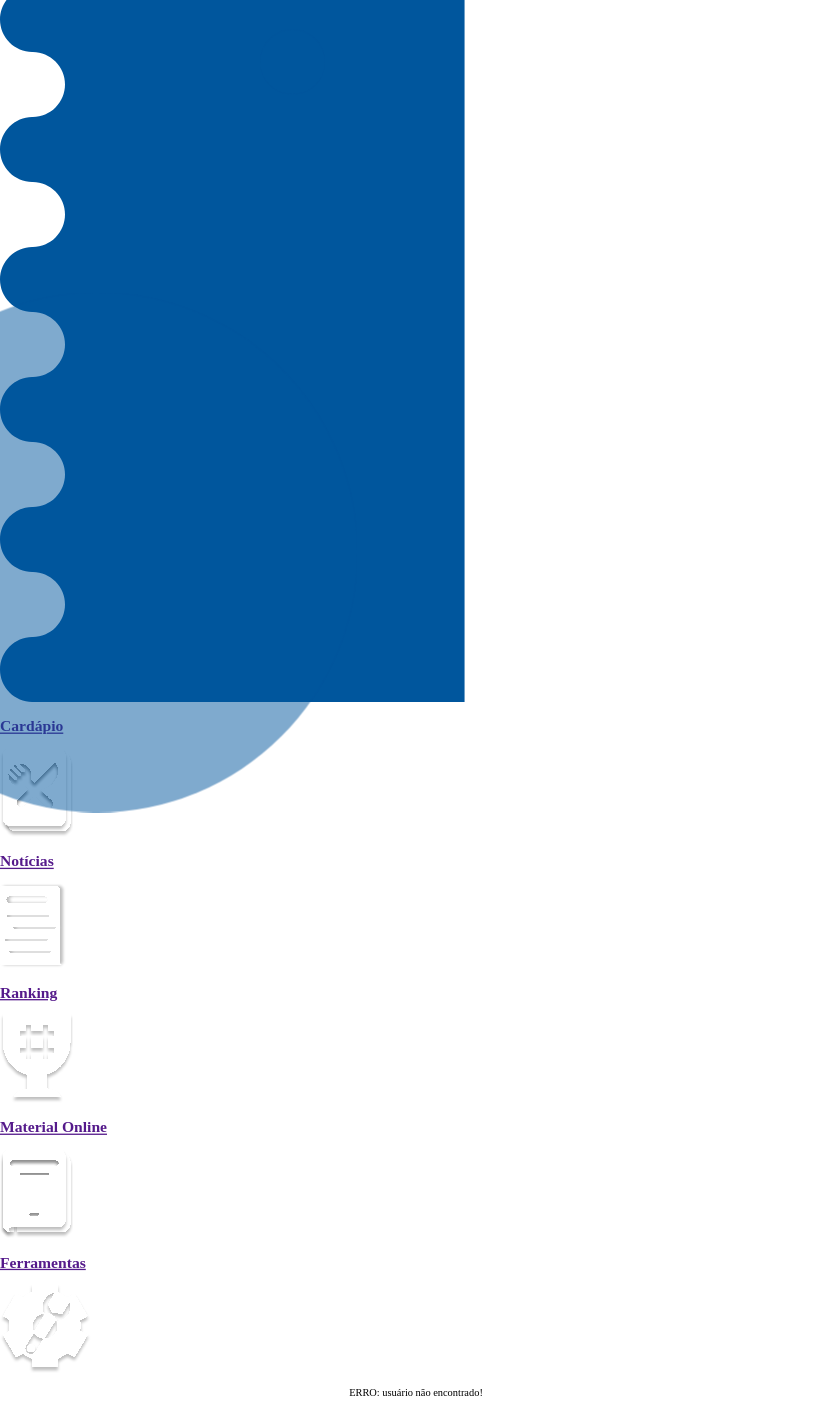
Repository: ArtMainardi/projeto-ctw-front
Page: usuario/usuario.html
The author's editor kept a copy of each file at every save. The page is drawn from the files as they stood at one save, then again after the next save.
The browser window is 1280 px wide. The pictures show the whole page, at 65% of full size.
The page's requests for data from a server got no answer.

Above is the page before, as saved 2026-06-15 19:18:34.

### usuario/usuario.html
<!DOCTYPE html>
<html lang="pt-br">
<head>
    <meta charset="UTF-8">
    <meta name="viewport" content="width=device-width, initial-scale=1.0">
    <title>Projeto CTW+</title>
    <link rel="stylesheet" href="/index.css">
    <link rel="stylesheet" href="/style.css">
    <link rel="stylesheet" href="usuario.css">
    <link rel="stylesheet" href="/">
</head>
<body>

    <div class="bolas">
        <div class="bola" id="bola1"></div>
        <div class="bola" id="bola2"></div>
        <div class="bola" id="bola3"></div>
        <div class="bola" id="bola4"></div>
    </div>

     <div class="container-menu-lateral">
        <img src="..\images\menu-lateral.svg" alt="Menu lateral estilo barra" id="menu-lateral">
        <a href="javascript:intercalarMenu()">
            <img src="..\images\mais-icon.svg" alt="mais icone" id="icone-mais">
        </a>
        <nav>
            <a href="">
                <h1 class="menu-text" id="text-cardapio">Cardápio</h1>
                <img class="menu-item" id="icone-cardapio" src="..\images\cardapio-icon.svg" alt="icone cardápio">
            </a>
            <a href="">
                <h1 class="menu-text" id="text-noticias">Notícias</h1>
                <img class="menu-item" id="icone-noticias" src="..\images\noticias-icon.svg" alt="icone cardápio">
            </a>
            <a href="">
                <h1 class="menu-text" id="text-rank">Ranking</h1>
                <img class="menu-item" id="icone-rank" src="..\images\ranking-icon.svg" alt="icone cardápio">
            </a>
            <a href="">
                <h1 class="menu-text" id="text-materia">Material Online</h1>
                <img class="menu-item" id="icone-materia" src="..\images\materia-icon.svg" alt="icone cardápio">
            </a>
            <a href="">
                <h1 class="menu-text" id="text-config">Ferramentas</h1>
                <img class="menu-item" id="icone-config" src="..\images\config-icon.svg" alt="icone cardápio">
            </a>
        </nav>
    </div>

    <main id="error-main">
        <p id="feedback-message"></p>
    </main>

    <main id="main" class="bolha" style="display: none;">
        <div class="caixa-usuario">
            <h1 class="titulo">Perfil do Usuário</h1>
            <p id="nome-usuario" class="campo"></p>
            <p id="cpf-usuario" class="campo"></p>
            <p id="email-usuario" class="campo"></p>
            <p id="nascimento-usuario" class="campo"></p>

            <button id="logout-button" onclick=logout() class="botao">Desconectar da conta</button>

            <div class="menu">
                <a href="../gerenciar-usuarios/gerenciarUsuarios.html">Gerenciar Usuários</a>
                <br>
                <a href="">Modo escuro</a>
            </div>
        </div>
    </main>

    <script src="./usuario-script.js"></script>
    <script src="../userVerification-script.js"></script>
</body>
</html>

### index.css
main{
    height: 100%;
    display: flex;
    flex-direction: column;
    align-items: center;
}

.logo-ctw{
    margin-top: 15%;
}

.bolha{
    width: 400px;
}

.botao{
    margin-top: 5%;
}

#barra-lateral1 {
    position: fixed;
    left: 0;
}

#barra-lateral2 {
    position: fixed;
    right: 0;
    transform: scale(-1);
}

### style.css
*{
    box-sizing: border-box;
}

body {
    margin: 0;
}

:root{
    --corM: #00569D;
    --corBolha: #D9D9D9;
    --corCampo: #AEAEAE;
    --corBotaoOFF: #929292;
    --corBotaoON: #757575;
}

@font-face{
    src: url(fonts/Inter-VariableFont_opsz\,wght.ttf);
    font-family: "fontM";
}

.bolha{
    border-radius: 34px;
    padding: 10px 25px;
    background-color: var(--corBolha);
    display: flex;
    flex-direction: column;
}

.titulo{
    font-family: fontM;
    margin: 2px;
}

.campo{
    font-family: fontM;
    padding: 1% 5%;
    border: none;
    border-radius: 10px;
    background-color: var(--corCampo);
    margin: 2px;
}

.botao{
    font-family: fontM;
    border: none;
    padding: 1% 5%;
    border-radius: 34px;
    text-align: center;
    background-color: var(--corBotaoOFF);
    margin: 2px;
    height: 30px;
}

.botao:hover{
    font-weight: bold;
    background-color: var(--corBotaoON);
}

.botao:active{
    font-weight: bold;
    border: 2px inset var(--corBotaoOFF);
    font-size: 0.8em;
}

.texto{
    font-family: fontM;
    text-align: center;
    padding: 0;
}

.logo-ctw{
    zoom: 55%;
    margin: 20px;
}

.bola{
    background-color: var(--corM);
    border-radius: 50%;
    opacity: 50%;
    position: fixed;
}


#bola1{
    height: 100px;
    width: 100px;
    top: 45px;
    left: 400px;
}

#bola2{
    height: 800px;
    width: 800px;
    top: 450px;
    left: -250px;
}

#bola3{
    height: 200px;
    width: 200px;
    top: -65px;
    left: 1300px;
}

#bola4{
    height: 700px;
    width: 700px;
    top: 350px;
    left: 1400px;
}

### usuario/usuario.css
body {
    margin: 0;
    padding: 0;
}

#main {
    justify-self: center;
    position: fixed;
    height: 390px;
    top: 240px;
    text-align: center;
}

.caixa-usuario {
    top: 100px;
}

.caixa-usuario p{
    background-color: var(--corCampo);
}

#barra-lateral1 {
    top: 0;
}

#barra-lateral2 {
    top: 0;
}

### index.html
<!DOCTYPE html>
<html lang="pt-br">
<head>
    <meta charset="UTF-8">
    <meta name="viewport" content="width=device-width, initial-scale=1.0">
    <title>Projeto CTW+</title>
</head>
<body>
    <header>
    </header>

    <main>
        <h1>Login</h1>
        <input id="email" type="text" placeholder="Digite seu email">
        <input id="senha" type="password" placeholder="Digite sua senha">
        <button onclick="logar()">Entrar</button>
        <ul id="feedback-message"></ul>
    </main>

    <script src="/index-script.js"></script>
</body>
</html>

### usuario/usuario-script.js
window.addEventListener("load", async function() {
    console.log("AAAA");
    // Definindo as variáveis dos elementos do HTML:
    const nome = document.getElementById("nome-usuario");
    const cpf = document.getElementById("cpf-usuario");
    const email = document.getElementById("email-usuario");
    const nascimento = document.getElementById("nascimento-usuario");

    // Buscando o usuário no banco de dados:
    const API = await fetch(`http://localhost:8055/${tipoUsuario}/${usuarioId}`, {
        method: "GET"
    });
    const usuario = await API.json();

    // Colocando os dados do usuário nos elementos:
    nome.innerHTML = "Nome: " + usuario[`nome_${tipoUsuario}`];
    cpf.innerHTML = "CPF: " + usuario[`cpf_${tipoUsuario}`];
    email.innerHTML = "Email: " + usuario[`email_${tipoUsuario}`];
    nascimento.innerHTML = "Data de Nascimento: " + usuario[`data_nascimento_${tipoUsuario}`];
});

function logout(){
    localStorage.setItem("usuarioId", null);
    localStorage.setItem("tipoUsuario", null);

    window.location.replace("../index.html");
}

### userVerification-script.js
// Pegando dados salvos localmente:
const usuarioId = localStorage.getItem("usuarioId");
const tipoUsuario = localStorage.getItem("tipoUsuario");

// Verificando usuário salvo para então mostrar a página:
window.addEventListener("load", async function() {
    const main = document.getElementById("main");
    const errorMain = document.getElementById("error-main");
    const feedback = document.getElementById("feedback-message");

    feedback.innerHTML = "Carregando...";

    // Verificando se existe o usuário com o ID salvo:
    if(tipoUsuario == "professor"){ // Procurando na lista de professores:
        const API = await fetch(`http://localhost:8055/professor/${usuarioId}`, {
            method: "GET"
        });

        if(API.ok){
            usuario = await API.json();
            if(usuario.adm){ // Verificando se não é ADM, para liberar as funções de ADM
                const admElements = document.querySelectorAll(".adm-feature");
                admElements.forEach(element => {
                    element.style.display = "block";
                });
            }
            main.style.display = "block";
            errorMain.style.display = "none";
        }
    } else if(tipoUsuario == "aluno"){ // Procurando na lista de alunos:
        const API = await fetch(`http://localhost:8055/aluno/${usuarioId}`, {
            method: "GET"
        });

        if(API.ok){
            if(window.location.pathname.includes("/gerenciar")){
                feedback.innerHTML = "ERRO: esse usuário não tem permissão para acessar essa página!";
            } else{
                main.style.display = "block";
                errorMain.style.display = "none";
            }
        } else{ // Mostrando erro se não encontrar o usuário:
            feedback.innerHTML = "ERRO: usuário não encontrado!";
        }
    } else{ // Mostrando erro se não encontrar o usuário:
        feedback.innerHTML = "ERRO: usuário não encontrado!";
    }
});

### menuLateral.css
.container-menu-lateral img{
    position: fixed;
}

.menu-item{
    visibility: hidden;
    text-decoration: none;
    text-align: center;
    position: fixed;
    right: 100px;
}

.menu-text{
    visibility: hidden;
    position: fixed;
    color: white;
    font-family: fontM;
    right: 250px;
    text-decoration: none;
}

#menu-lateral{
    top: 0;
    right: -300px;
}

#icone-mais{
    top: 50px;
    right: 80px;
}

#icone-cardapio{
    top: 170px;
}
#text-cardapio{
    top: 190px;
}

#icone-noticias{
    top: 320px;
}
#text-noticias{
    top: 340px;
}

#icone-rank{
    top: 470px;
}
#text-rank{
    top: 490px;
}

#icone-materia{
    top: 620px;
}
#text-materia{
    top: 640px;
}

#icone-config{
    top: 770px;
}
#text-config{
    top: 790px;
}

@keyframes pullMenu{
    to{
        transform: translateX(200px);
    }
}

@keyframes pushMenu{
    to{
        transform: translateX(-200px);
    }
}

@keyframes popIn{
    from{
        transform: scale(0.1%);
    }
}

@keyframes popOut{
    to{
        transform: scale(0.1%);
    }
}

After the next save:
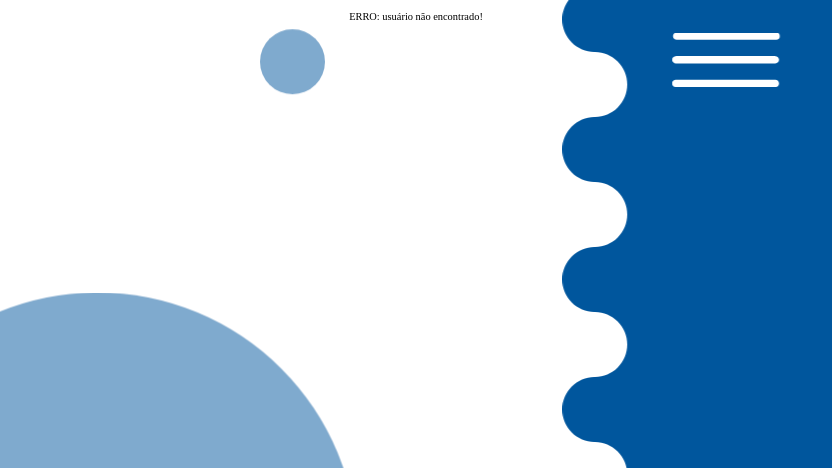
Saved 2 s later.
--- a/usuario/usuario.html
+++ b/usuario/usuario.html
@@ -7,7 +7,7 @@
     <link rel="stylesheet" href="/index.css">
     <link rel="stylesheet" href="/style.css">
     <link rel="stylesheet" href="usuario.css">
-    <link rel="stylesheet" href="/">
+    <link rel="stylesheet" href="/menuLateral.css">
 </head>
 <body>
 
